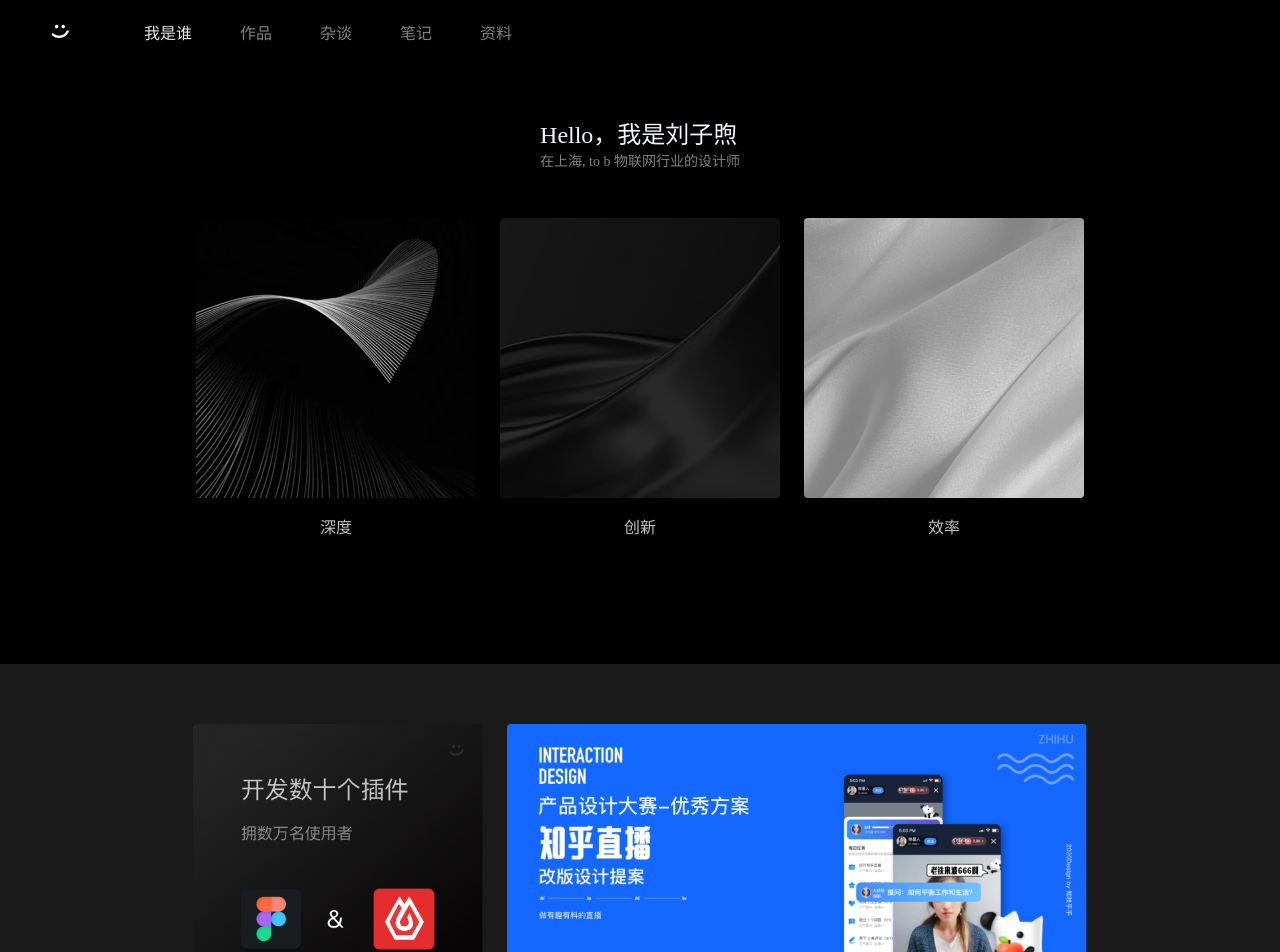
Repository: LiuZixu-aurelio/myblog-Vue
Page: /#/home/who
The author's editor kept a copy of each file at every save. The page is drawn from the files as they stood at one save, then again after the next save.
The browser window is 1280 px wide. The pictures show the part of the page from y = 0 to 952 px (the page is 2936 px tall).
The project was rebuilt for these pictures with package versions that can differ from the ones it lists, and the page was loaded fresh each time. Also part of the build but not shown: vue.config.js, src/views/PreView.vue, src/components/cardCom.vue, src/views/project.vue, src/views/talk.vue, src/views/sign.vue, src/views/test.vue, src/components/detailCom.vue.

Above is the page before, as saved 2022-09-05 11:13:32.

After the next save:
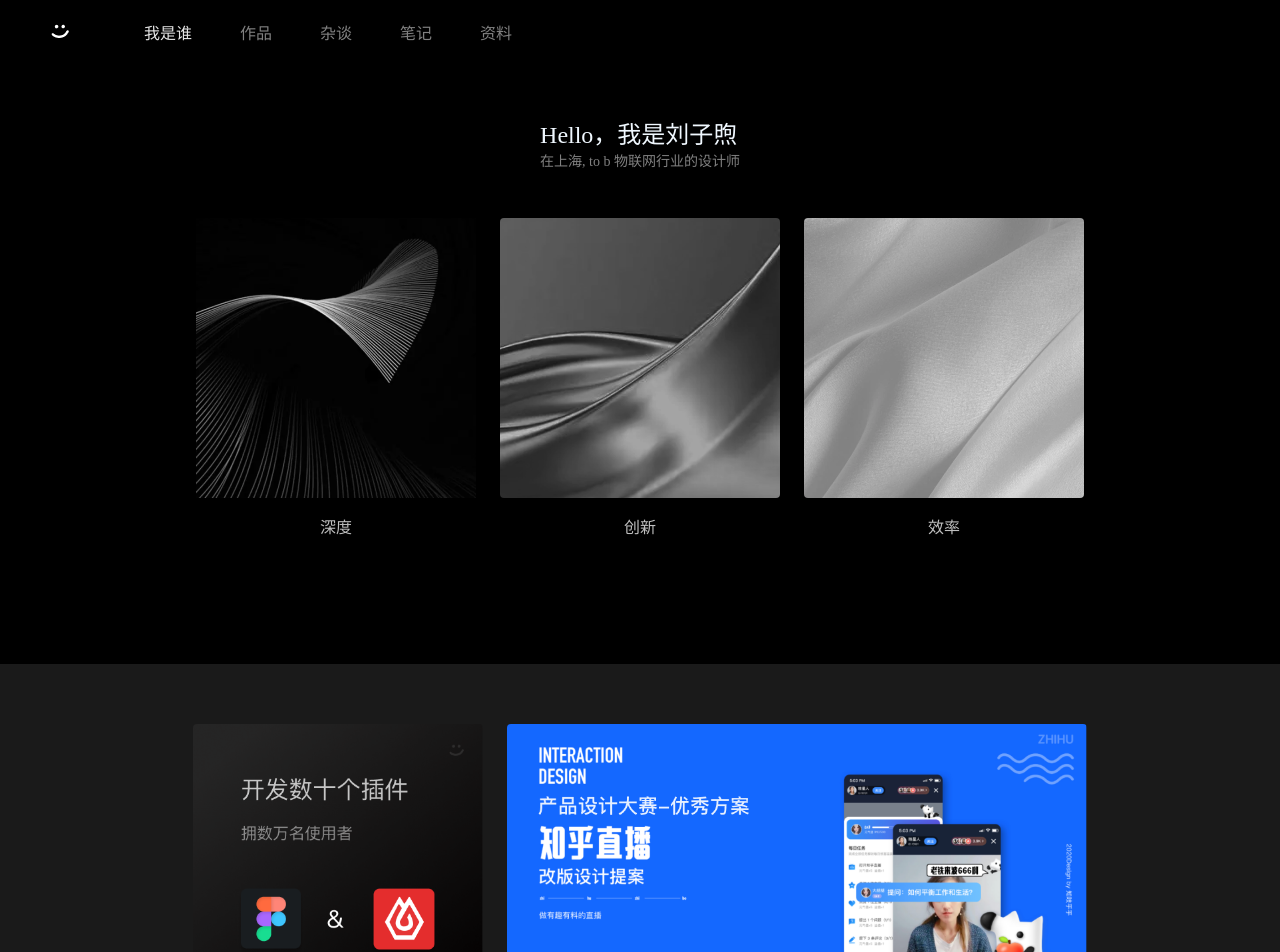
Saved 18 s later.
--- a/src/views/who.vue
+++ b/src/views/who.vue
@@ -148,7 +148,7 @@
   background-image: url('../assets/who/c3.png');
   background-size: 300px 300px;
   border-radius: 4px;
-  opacity:0.2
+  opacity:0.8;
 
 }
 #c1 {
